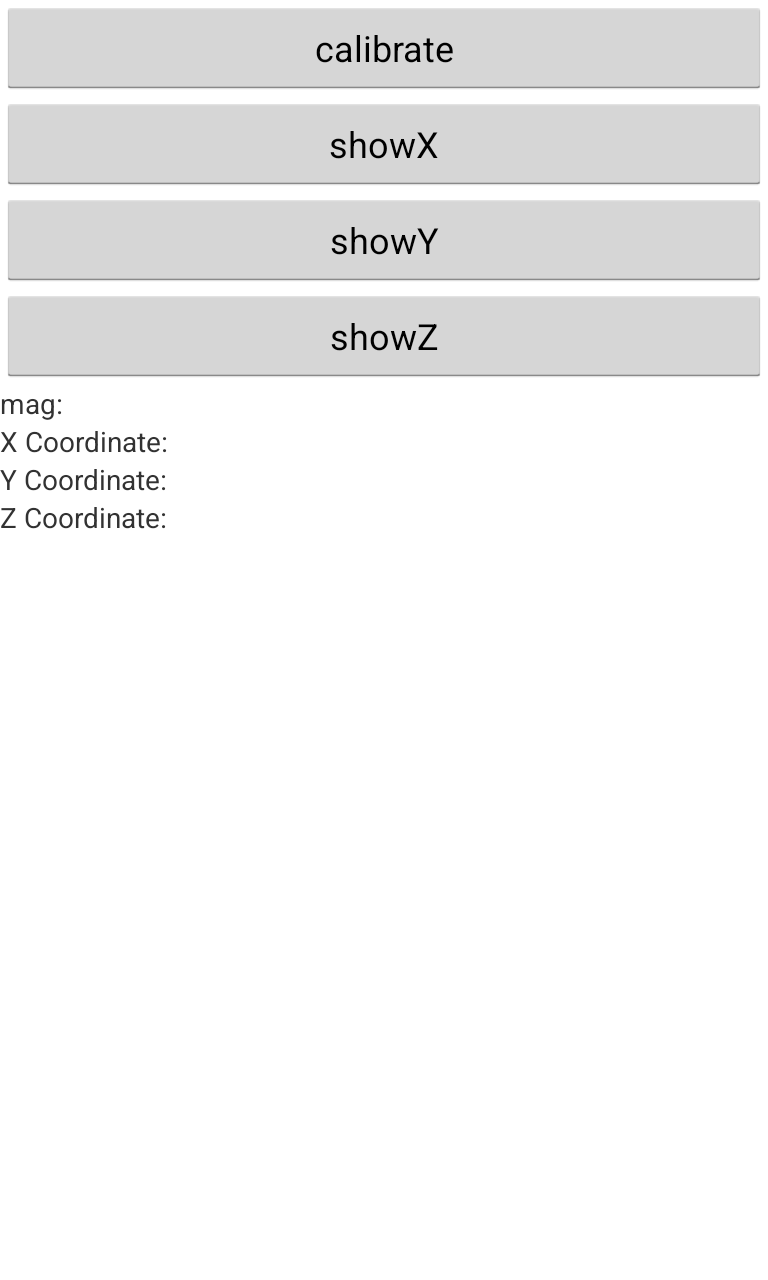
Repository: ayueh/hackmit
Layout: vibe/res/layout/activity_main.xml
The author's editor kept a copy of each file at every save. The layout is drawn from the files as they stood at one save, then again after the next save.
It is drawn on a 768 x 1280 px phone screen (xhdpi) without system bars, with theme AppTheme; the app's code is not run.

Above is the layout before, as saved 2013-10-06 00:23:45.

After the next save:
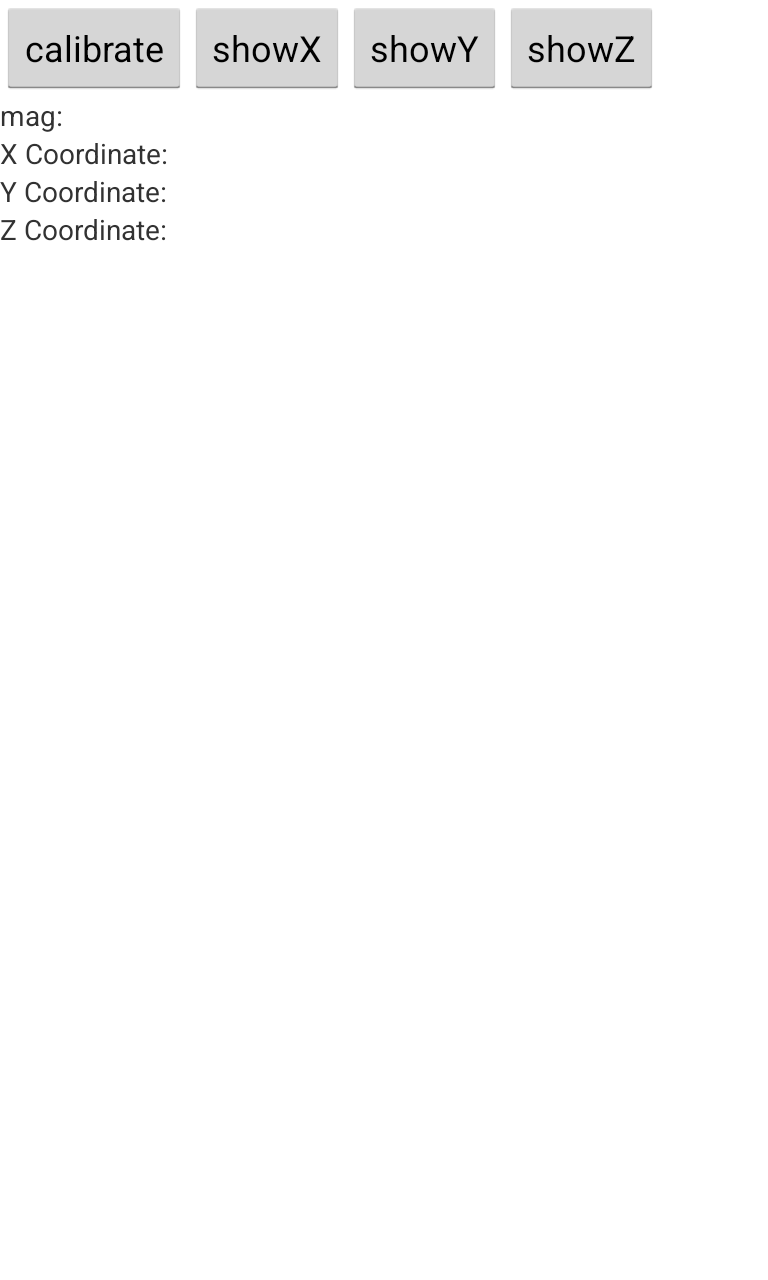
Saved 88 s later.
--- a/vibe/res/layout/activity_main.xml
+++ b/vibe/res/layout/activity_main.xml
@@ -3,7 +3,7 @@
 	xmlns:android="http://schemas.android.com/apk/res/android"
 	android:layout_width="fill_parent"
 	android:layout_height="fill_parent">
-
+	<LinearLayout>
     <Button
      android:layout_height="wrap_content"
      android:layout_width="wrap_content"
@@ -27,7 +27,7 @@
      android:layout_width="wrap_content"
      android:text="showZ"
      android:onClick="showZ" />
-
+    </LinearLayout>
 	<TableRow>
 	<TextView
 		android:id="@+id/mag"
